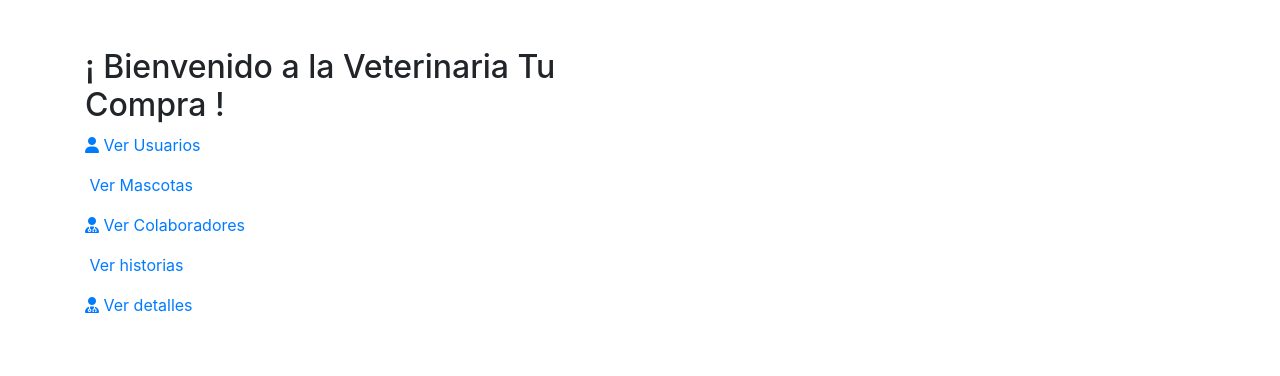
Repository: SebasBarrera/historial-clinico-veterinario
Page: historial-clinico-veterinario-backend/src/main/resources/static/index.html
The author's editor kept a copy of each file at every save. The page is drawn from the files as they stood at one save, then again after the next save.
The browser window is 1280 px wide. The pictures show the whole page.
Some icons come from a web library that is not loaded, so they are not drawn. Some web libraries are served in a nearby version.

Above is the page before, as saved 2023-02-27 05:57:09.

After the next save:
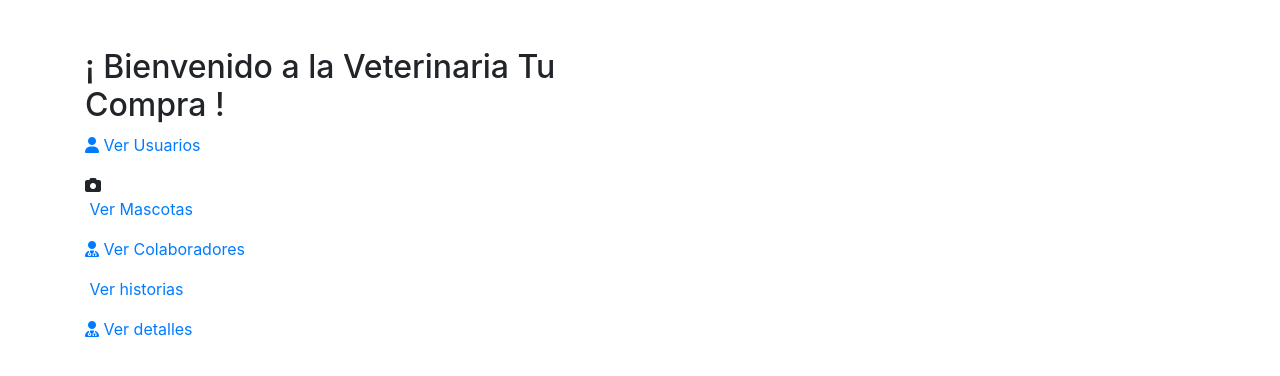
Saved 65 s later.
--- a/historial-clinico-veterinario-backend/src/main/resources/static/index.html
+++ b/historial-clinico-veterinario-backend/src/main/resources/static/index.html
@@ -18,6 +18,7 @@
 				<h2>¡ Bienvenido a la Veterinaria Tu Compra !</h2>
 
 				<p><a href="/usuario/"><i class="fas fa-user"></i> Ver Usuarios</a></p>
+				 <span class="fas fa-camera"></span>
 				<p><a href="/mascota/"><i class="fas fa-paw-simple"></i> Ver Mascotas</a></p>
 				<p><a href="/colaborador/"><i class="fas fa-user-doctor"></i> Ver Colaboradores</a></p>
 				<p><a href="/historia/"><i class="fas fa-paw-simple"></i> Ver historias</a></p>
